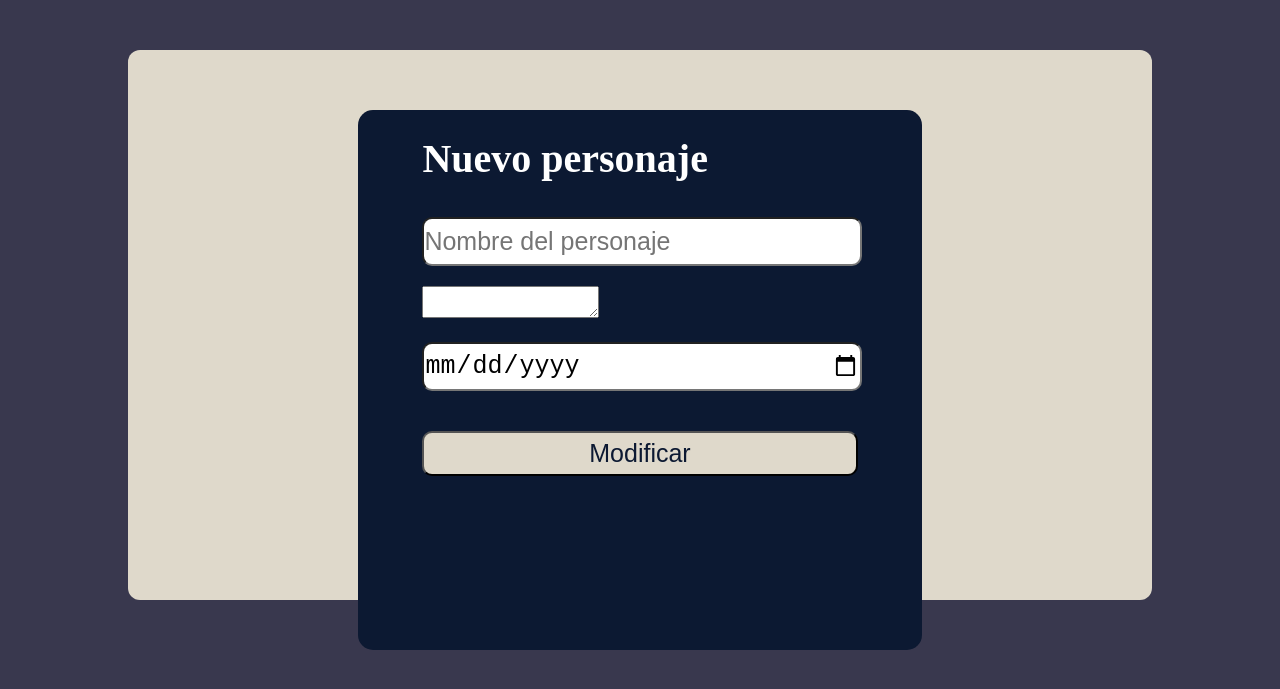
Repository: UAQJavaEveris/ProyectoFinalEdwin
Page: http://localhost/FrontOperativo/modificarPersonaje.jsp
These files come from the project's save history. The page is drawn as it stood at one moment and after the next save; the edit follows.
The browser window is 1280 px wide. The pictures show the whole page.
The page is served by Tomcat 9.

Above is the page before, as saved 2016-12-09 18:04:32.

After the next save:
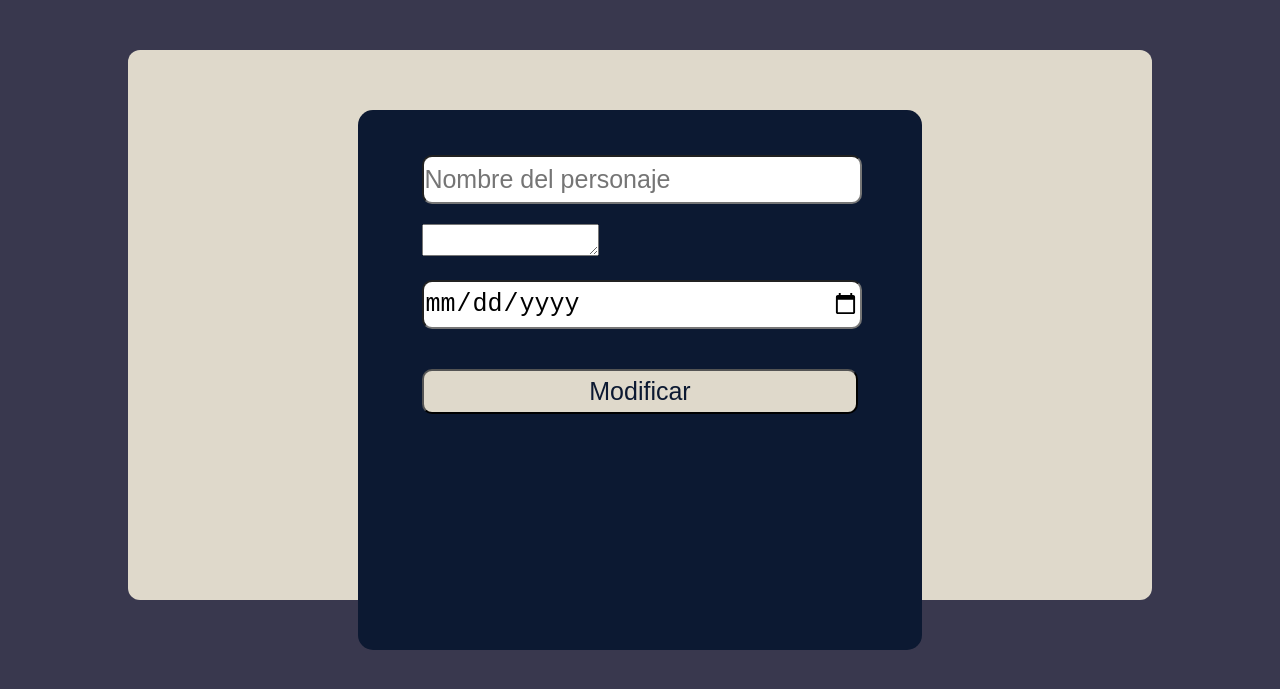
Saved 10 s later.
--- a/FrontOperativo/WebContent/modificarPersonaje.jsp
+++ b/FrontOperativo/WebContent/modificarPersonaje.jsp
@@ -22,8 +22,6 @@
 
 <div class="contenido">
 	<form class="formModal" method="POST" action="DelUpServlet">
-
-		<h4>Nuevo personaje</h4>
 		<input type="text" name="nombrePersonaje" placeholder="Nombre del personaje" required>
 		<textarea name="descripcion" placelholder="notas"></textarea>
 		<input type="date" name ="fechaNacimiento" placeholder="Fecha nacimiento (AAAA-MM-DD)" required>
